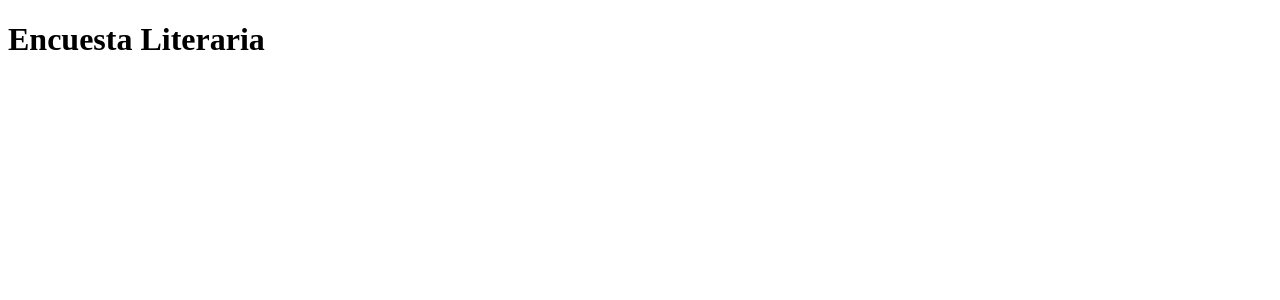
Repository: cgg25/javaee
Page: Enucesta/WebContent/index.html
These files come from the project's save history. The page is drawn as it stood at one moment and after the next save; the edit follows.
The browser window is 1280 px wide. The pictures show the whole page.

Above is the page before, as saved 2017-02-16 17:45:54.

After the next save:
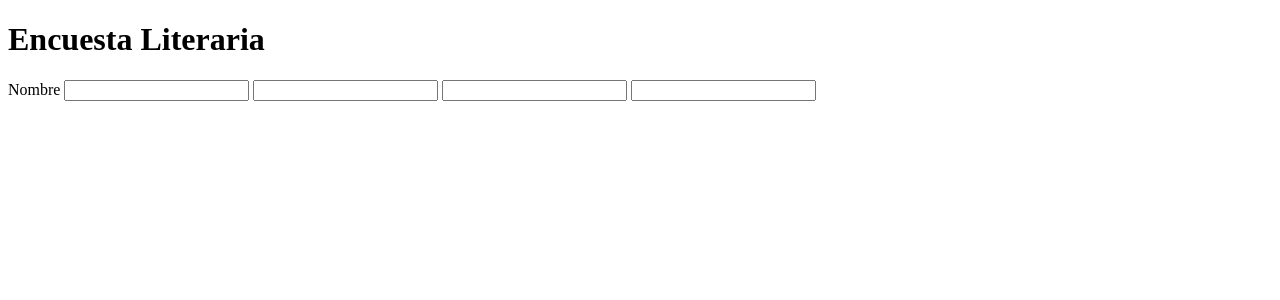
Saved 47 s later.
--- a/Enucesta/WebContent/index.html
+++ b/Enucesta/WebContent/index.html
@@ -7,8 +7,11 @@
 <body>
 	<h1>Encuesta Literaria</h1>
 	<form action="/Encuesta/mostrar">
-
-
+		<label>Nombre</label>
+		<input type="text" name="nombre">
+		<input type="text" name="nombre">
+		<input type="text" name="nombre">
+		<input type="text" name="nombre">
 	</form>
 </body>
 </html>
